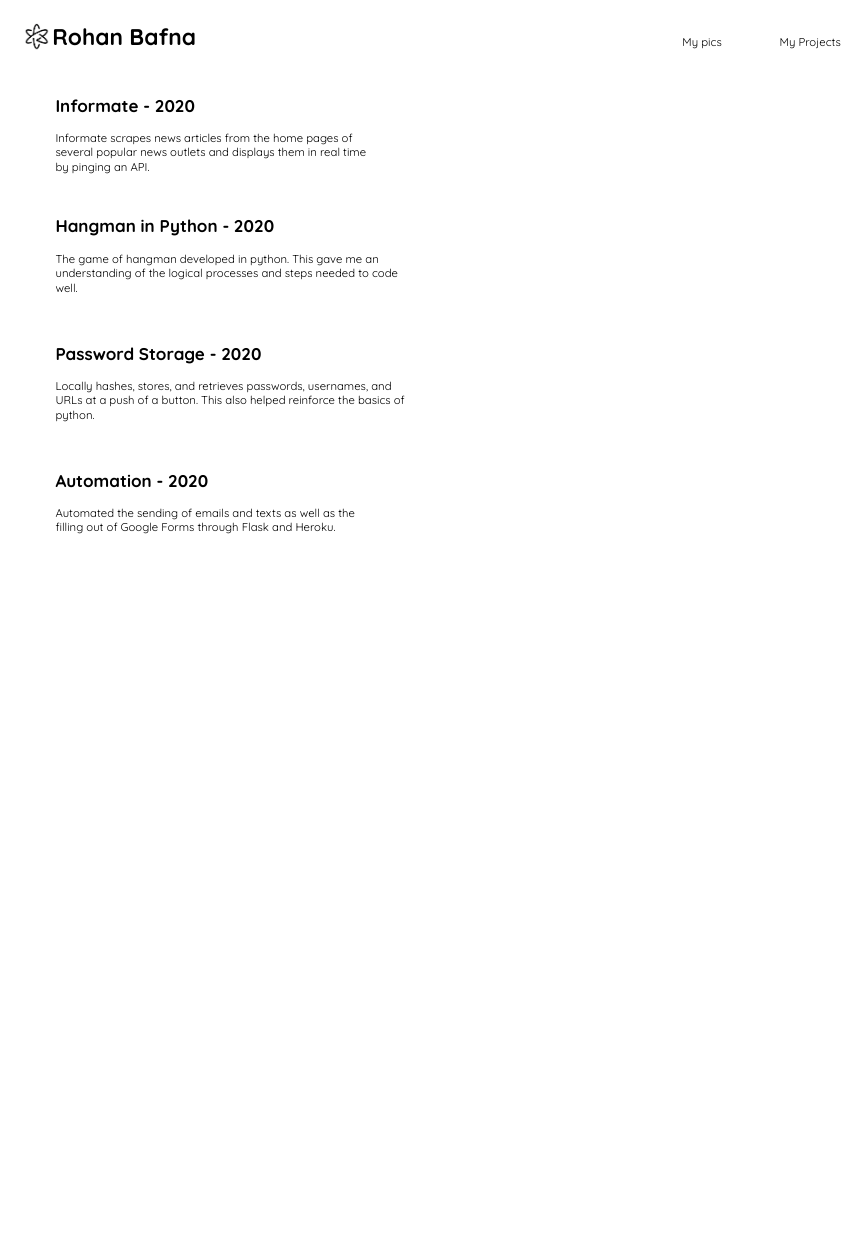
Repository: rbafna6507/rbafna6507.github.io
Page: projects.html
An editor plug-in stored every save of this project. The page is shown before and after the next save, followed by the edit.
The browser window is 1280 px wide. The page is 1357 px wide, then 1366 px, so the pictures cover 1366 px, including what lies to the right of the window. The pictures show the whole page, at 63% of full size.

Above is the page before, as saved 2020-12-18 19:47:03.

### projects.html
<!DOCTYPE HTML>
<html>
<head>
    <link rel="shortcut icon" type="image/png" href="circular actual atom logo.png"/>
    <title>my projects</title>
    <link href= "projects.css" type= "text/css" rel= "stylesheet">
    <link href="https://fonts.googleapis.com/css?family=Quicksand:400,700&display=swap" rel="stylesheet">
</head>
<body>
<div id= "navbar">
    <header class= "header">
        <div id="hi">
          <img id= "logo" src= "actual atom logo.png"></a>
          <a href= "index.html"><h1>Rohan Bafna</h1></a>
        </div>
        <div class= "leftsidelist">
            <ul>
                <a href= "pics.html"><li class= "about">My pics</li></a>
                <a href= "projects.html"><li class= "projects">My Projects</li></a>
            </ul>
        </div>
    </header>
</div>
<div id = "informate" class = "project">
    <h2>
        <strong>Informate - 2020</strong>
    </h2>
    <h4>Informate scrapes news articles from the home pages of <br>several popular news outlets and displays them in real time <br>by pinging an API.</h4>
</div>
<div>
    <img id = "informate_img" class = "imgs" src = "informate_pic.png">
</div>
<div id = "hangman" class = "project">
    <h2>Hangman in Python - 2020</h2>
    <h4>The game of hangman developed in python. This gave me an <br>understanding of the logical processes and steps needed to code <br>well.</h4>
</div>
<div>
    <img id = "hangman_img" class = "imgs" src = "hangman_pic.png">
</div>
<div id = "password" class = "project">
    <h2>Password Storage - 2020</h2>
    <h4>Locally hashes, stores, and retrieves passwords, usernames, and <br>URLs at a push of a button. This also helped reinforce the basics of<br>python.</h4>
</div>
<div>
    <img id = "password_img" class = "imgs" src = "password_pic.png">
</div>
<div id = "automation" class = "project">
    <h2>Automation - 2020</h2>
    <h4>Automated the sending of emails and texts as well as the <br>filling out of Google Forms through Flask and Heroku.</h4>
</div>
</body>
</html>

### projects.css
* {box-sizing:border-box}
* {border-color: red;}
* {border-width: 1px;}

li{
  display: inline;
  list-style-type: none;
  text-align: left;
  padding-left: 30px;
  font-size: 18px;
  font-weight: 36px;
  width: 150px;
  display: inline-block;
  position: relative;
  left: 970px;
  bottom: 60px;
}

ul{
  display: inline;
  margin: 10px 0px;
  padding: 0;
  text-align: center;
  position: relative;
}

.header {
  font-family: "quicksand";
  position: relative;
  left: 10px;
  bottom: 40px;
}

.leftsidelist {
  position: relative;
  top: 10px;
  left: 45px;
}

#logo {
    display: inline-block;
    width: 40px;
    height: 40px;
    position: relative;
    top: 70px;
    bottom: 400px;
  }

  h1 {

    padding-left: 50px;
    font-size: 36px;
    position: relative;
    right: 5px;
}
  .home {
    padding-bottom: 30px;
  }

  .about {
    padding-bottom: 30px;
  }

  #navbar {
    position: relative;
    left: 20px;
  }

  a:link {
    text-decoration: none;
    color: black;
  }

  a:visited {
    text-decoration: none;
    color: black;
  }

  a:hover {
    color: #ce321e
  }

  a:active {
    color: #ce321e
  }

  .project{
      display: inline;
      font-family: "quicksand";
      position: relative;
      font-weight: normal;
      left: 80px;
      padding-top: 5px;
      font-size: 18px;
  }

  #informate{
    position: relative;
    bottom: 70px;
  }

  #hangman{
    position: relative;
    bottom: 430px;
  }

  #password{
    position: relative;
    bottom: 780px;
  }

  #automation{
    position:relative;
    bottom: 1130px;
  }

  h4{
    display: inline;
    font-weight: normal;
  }

  .imgs{
    display: inline;
    position: relative;
    left: 400px;
    height: 400px;
    width: 500px;
  }

  #informate_img{
    position: relative;
    left: 740px;
    bottom: 90px;
    visibility: hidden;
  }

  #hangman_img{
    position: relative;
    left: 740px;
    bottom:640px;
    visibility: hidden;
  }

  #password_img{
    position: relative;
    left: 740px;
    bottom: 1250px;
    visibility: hidden;
  }

  #informate:hover + #informate_img {
    visibility: visible;
    pointer-events: none;
}

After the next save:
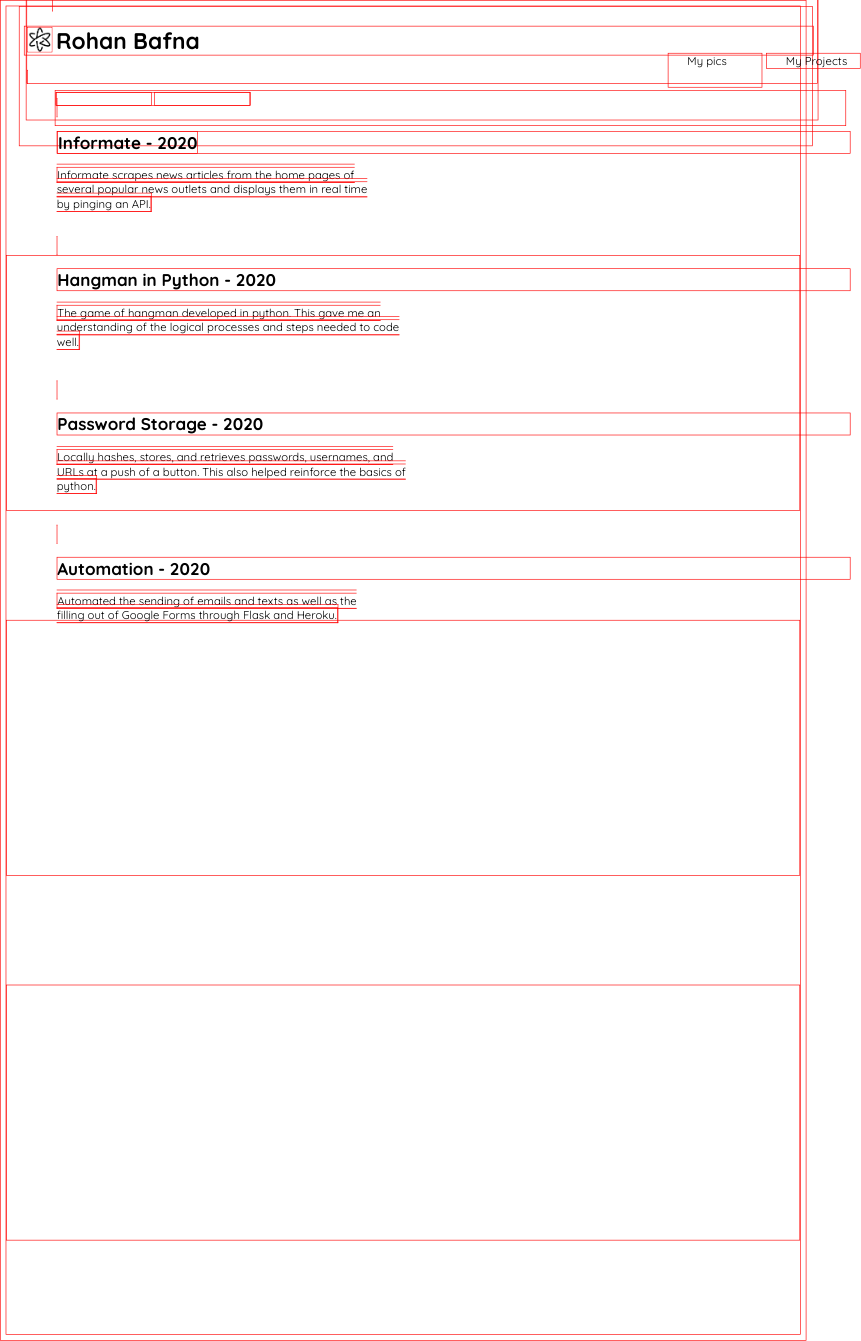
Saved 31 s later.
--- a/projects.css
+++ b/projects.css
@@ -1,6 +1,5 @@
 * {box-sizing:border-box}
-* {border-color: red;}
-* {border-width: 1px;}
+* { border: 1px solid red; }
 
 li{
   display: inline;
